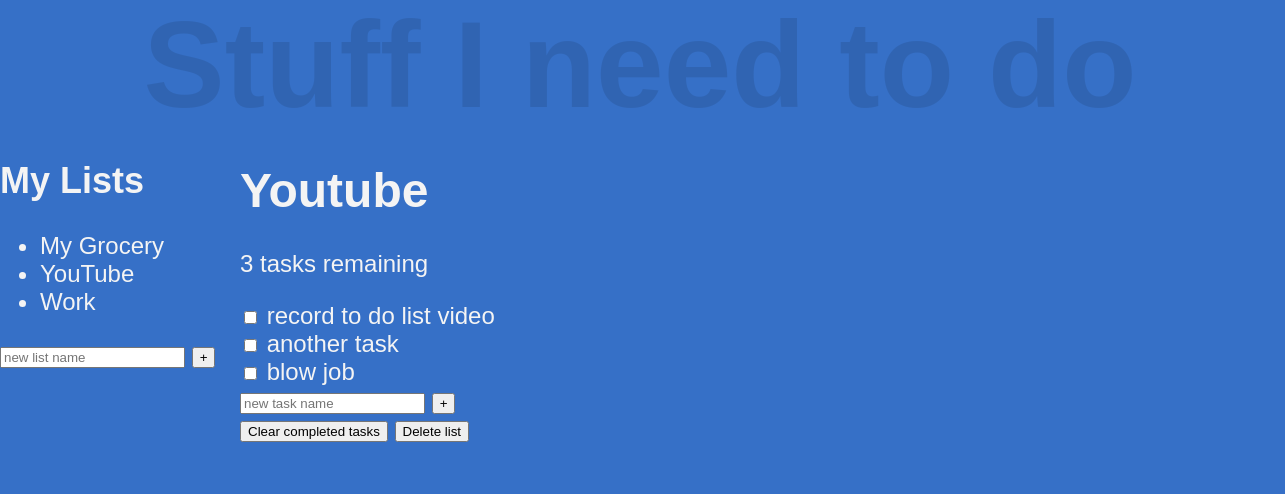
Repository: MohammadMazloum123/To-Do-List-App-
Page: index.html
An editor plug-in stored every save of this project. The page is shown before and after the next save, followed by the edit.
The browser window is 1280 px wide. The page is 1285 px wide, then 1280 px, so the pictures cover 1285 px, including what lies to the right of the window. The pictures show the whole page.

Above is the page before, as saved 2024-02-15 12:33:38.

After the next save:
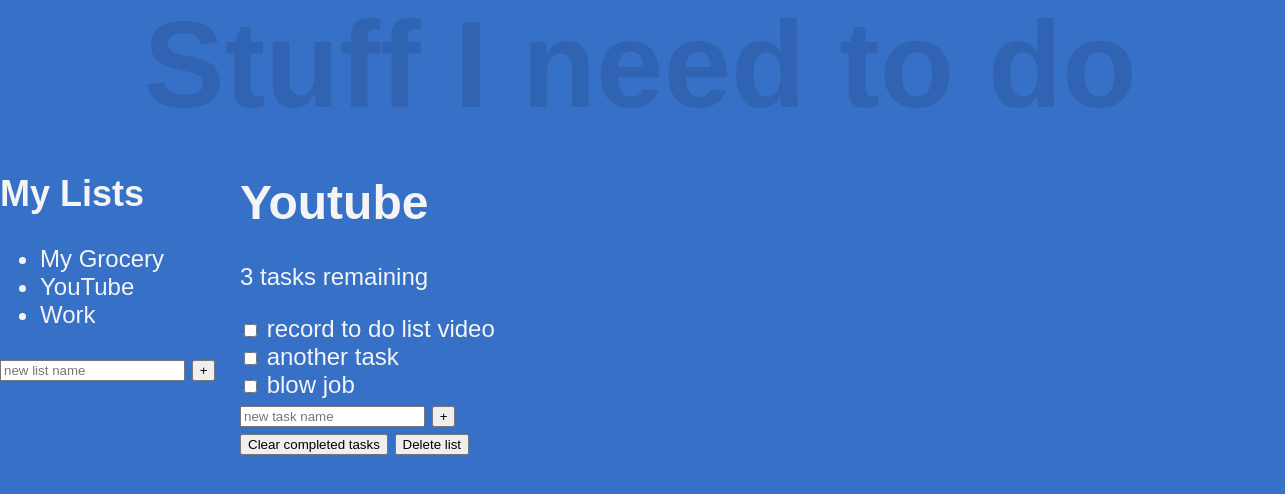
Saved 5 s later.
--- a/styles.css
+++ b/styles.css
@@ -30,5 +30,5 @@ body{
     font-weight: 800;
     font-size: calc(7vw + 2rem);
     color: rgba(0, 0, 0, .1);
-    margin: -.3rem
+    margin: -.3rem 0 0.5rem;
 }
